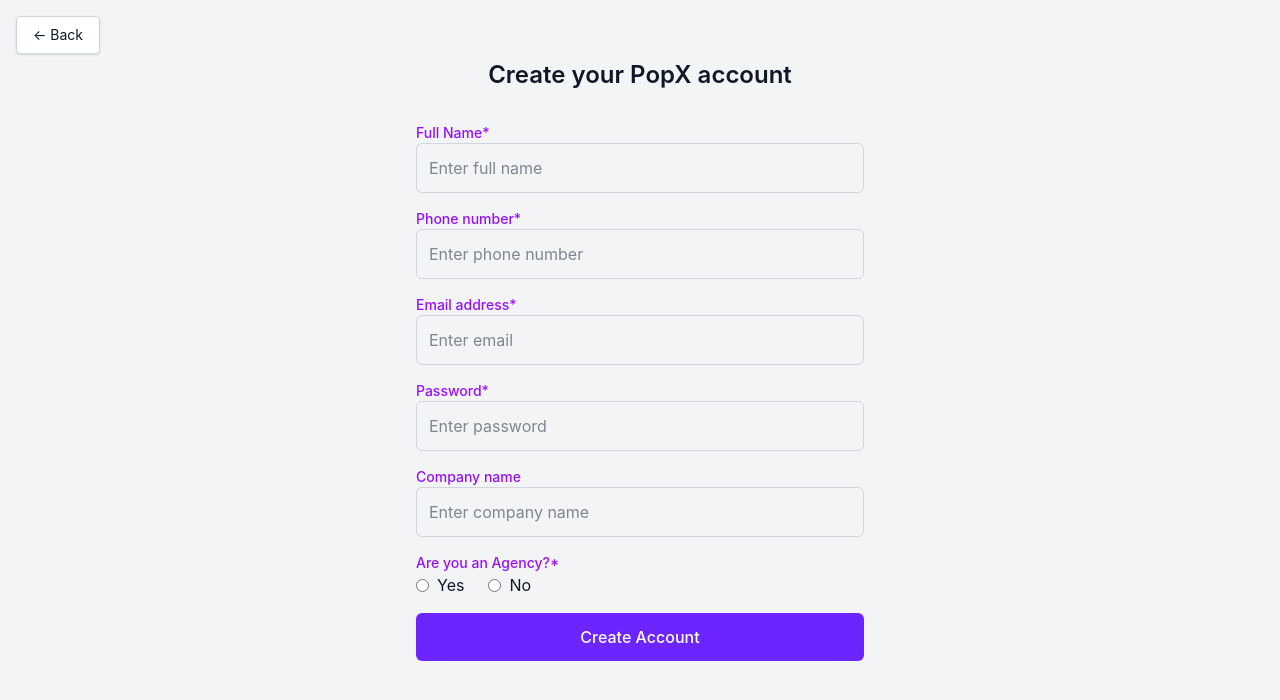
Repository: tanayburbure/inter
Page: /signup
These files come from the project's save history. The page is drawn as it stood at one moment and after the next save; the edit follows.
The browser window is 1280 px wide. The pictures show the whole page.
The project was rebuilt for these pictures with package versions that can differ from the ones it lists, and the page was loaded fresh each time. Also part of the build but not shown: vite.config.js, src/pages/Welcome.jsx, src/pages/Login.jsx, src/pages/Account.jsx.

Above is the page before, as saved 2025-06-17 22:48:28.

### src/index.css
@import "tailwindcss";

body {
  font-family: 'Inter', sans-serif;
}

### src/App.jsx
import React from "react";
import { BrowserRouter as Router, Routes, Route, useLocation, useNavigate } from "react-router-dom";
import Welcome from "./pages/Welcome";
import Login from "./pages/Login";
import Signup from "./pages/Signup";
import Account from "./pages/Account";
import { UserProvider } from "./pages/UserContex";

// BackButton Component (only hidden on Welcome page)
function BackButton() {
  const location = useLocation();
  const navigate = useNavigate();

  // Hide on Welcome page
  if (location.pathname === "/") return null;

  return (
    <button
      onClick={() => navigate(-1)}
      className="absolute top-4 left-4 px-4 py-2 bg-white border border-gray-300 rounded shadow text-sm hover:bg-gray-50"
    >
      ← Back
    </button>
  );
}

// AppContent separated to use Router hooks
function AppContent() {
  return (
    <div className="relative min-h-screen bg-gray-100 text-gray-900">
      <BackButton />
      <Routes>
        <Route path="/" element={<Welcome />} />
        <Route path="/login" element={<Login />} />
        <Route path="/signup" element={<Signup />} />
        <Route path="/account" element={<Account />} />
      </Routes>
    </div>
  );
}

export default function App() {
  return (
    <UserProvider>
      <Router>
        <AppContent />
      </Router>
    </UserProvider>
  );
}

### src/pages/Signup.jsx
import { useNavigate } from "react-router-dom";
import { useUser } from "./UserContex"; // adjust the path

export default function Signup() {
  const navigate = useNavigate();
  const { setUserData } = useUser();

  const handleSubmit = (e) => {
    e.preventDefault();

    const form = e.target;
    const data = {
      fullName: form.fullName.value,
      phone: form.phone.value,
      email: form.email.value,
      password: form.password.value,
      company: form.company.value,
      isAgency: form.agency.value,
    };

    setUserData(data);
    navigate("/account");
  };

  return (
    <div className="min-h-screen flex items-center justify-center px-4 py-12 sm:px-6 lg:px-8">
      <div className="w-full max-w-md space-y-8">
        <h2 className="text-center text-2xl font-semibold text-gray-900">
          Create your PopX account
        </h2>
        <form className="space-y-4" onSubmit={handleSubmit}>
          <div>
            <label className="text-sm text-purple-600 font-medium block ">
              Full Name*
            </label>
            <input
              name="fullName"
              type="text"
              placeholder="Enter full name"
              required
              className="w-full border border-gray-300 rounded-md p-3"
            />
          </div>
          <div>
            <label className="text-sm text-purple-600 font-medium block ">
              Phone number*
            </label>
            <input
              name="phone"
              type="tel"
              placeholder="Enter phone number"
              required
              className="w-full border border-gray-300 rounded-md p-3"
            />
          </div>
          <div>
            <label className="text-sm text-purple-600 font-medium block ">
              Email address*
            </label>
            <input
              name="email"
              type="email"
              placeholder="Enter email"
              required
              className="w-full border border-gray-300 rounded-md p-3"
            />
          </div>
          <div>
            <label className="text-sm text-purple-600 font-medium block ">
              Password*
            </label>
            <input
              name="password"
              type="password"
              placeholder="Enter password"
              required
              className="w-full border border-gray-300 rounded-md p-3"
            />
          </div>
          <div>
            <label className="text-sm text-purple-600 font-medium block ">
              Company name
            </label>
            <input
              name="company"
              type="text"
              placeholder="Enter company name"
              className="w-full border border-gray-300 rounded-md p-3"
            />
          </div>
          <div>
            <label className="block text-sm text-purple-600 font-medium ">
              Are you an Agency?*
            </label>
            <div className="flex space-x-6">
              <label className="flex items-center">
                <input
                  type="radio"
                  name="agency"
                  value="Yes"
                  required
                  className="mr-2"
                />
                Yes
              </label>
              <label className="flex items-center">
                <input
                  type="radio"
                  name="agency"
                  value="No"
                  required
                  className="mr-2"
                />
                No
              </label>
            </div>
          </div>
          <button
            type="submit"
            className="w-full bg-[#6C25FF] cursor-pointer text-white py-3 rounded-md font-medium transition duration-200"
          >
            Create Account
          </button>
        </form>
      </div>
    </div>
  );
}

### src/pages/UserContex.jsx
import { createContext, useState, useContext } from "react";

const UserContext = createContext();

export function UserProvider({ children }) {
  const [userData, setUserData] = useState(null);
  return (
    <UserContext.Provider value={{ userData, setUserData }}>
      {children}
    </UserContext.Provider>
  );
}

export function useUser() {
  return useContext(UserContext);
}

Loaded but not shown: index.html (common file); src/main.jsx (common file)

After the next save:
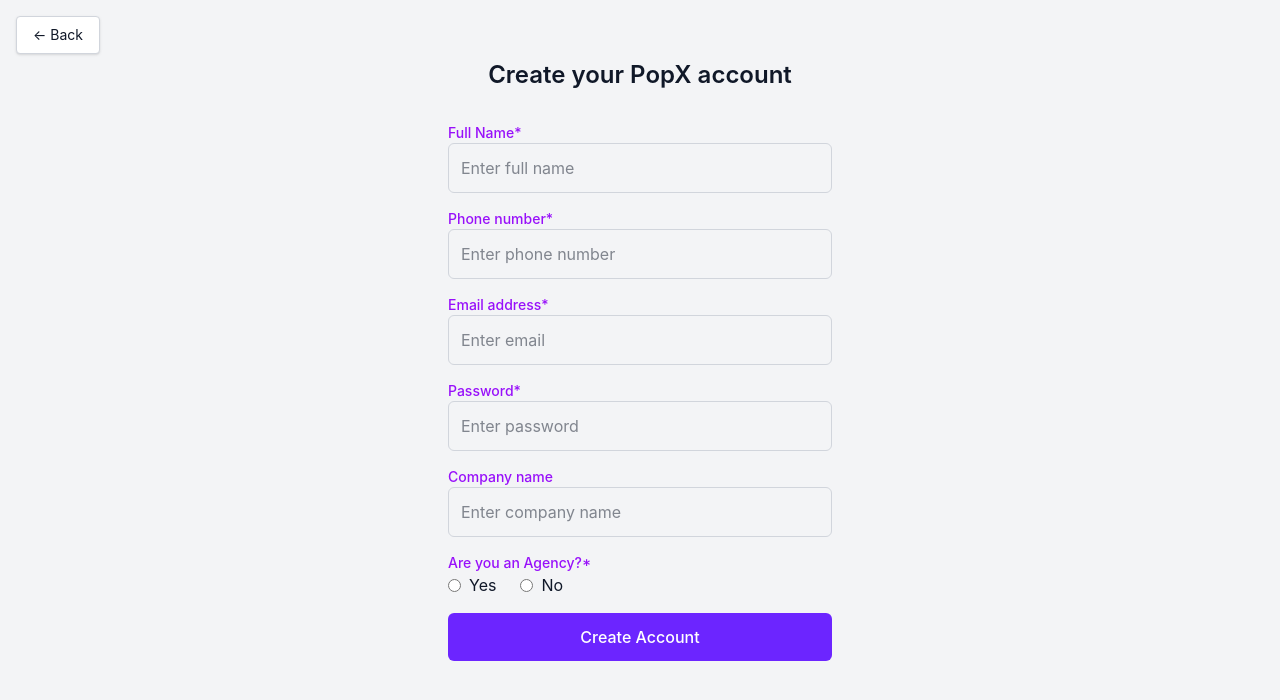
Saved 10 s later.
--- a/src/pages/Signup.jsx
+++ b/src/pages/Signup.jsx
@@ -24,7 +24,7 @@
 
   return (
     <div className="min-h-screen flex items-center justify-center px-4 py-12 sm:px-6 lg:px-8">
-      <div className="w-full max-w-md space-y-8">
+      <div className="w-full max-w-sm space-y-8">
         <h2 className="text-center text-2xl font-semibold text-gray-900">
           Create your PopX account
         </h2>
